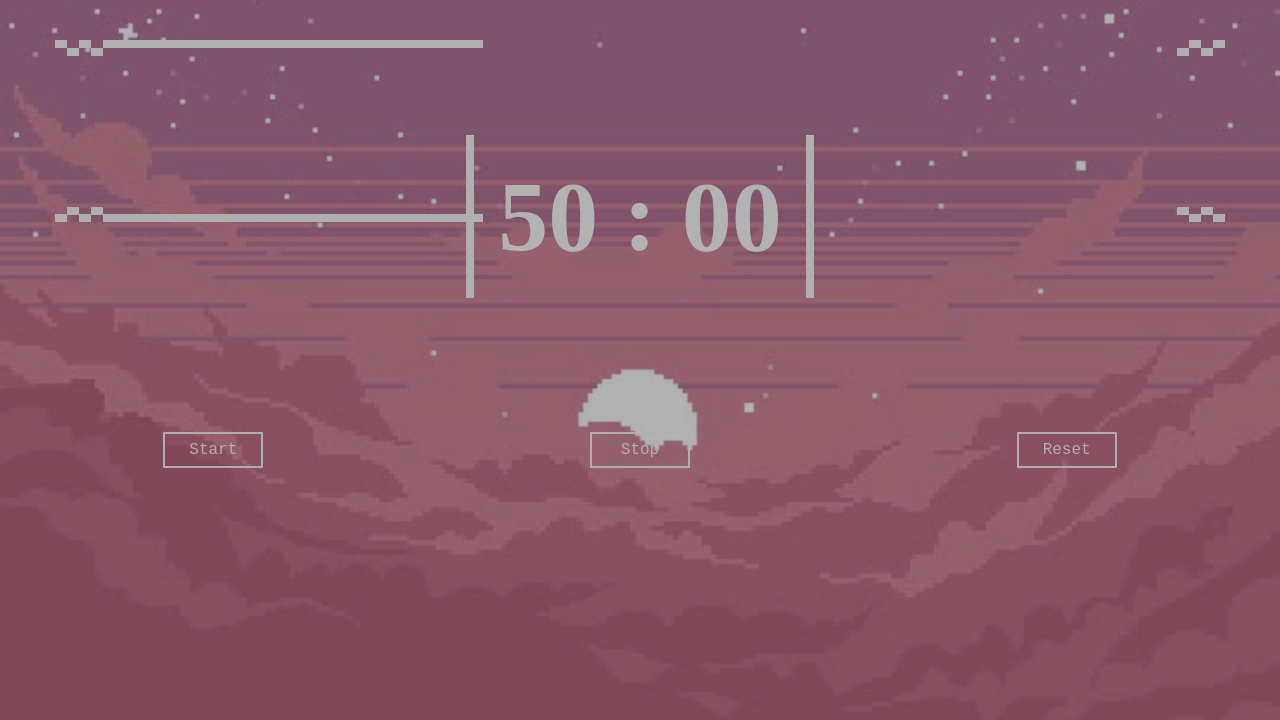
Repository: niharikapatil2306/Study-Timer
Page: index.html
An editor plug-in stored every save of this project. The page is shown before and after the next save, followed by the edit.
The browser window is 1280 px wide. The pictures show the whole page.
Some web fonts or font styles are not loaded; a fallback is used.

Above is the page before, as saved 2025-02-18 18:24:39.

### index.html
<!DOCTYPE html>
<html lang="en">
<head>
    <meta charset="UTF-8">
    <meta name="viewport" content="width=device-width, initial-scale=1.0">
    <title>Study Timer</title>
    <link href="https://fonts.googleapis.com/css2?family=Doto:wght@100..900&family=Pixelify+Sans:wght@400..700&display=swap" rel="stylesheet">

    <link rel="stylesheet" href="style.css" />
</head>
<body style="background-color: black;">
    <div class="container">

        <div class="timer">
            <div class="pixel">
                <div class="square1"></div>
                <div class="square13"></div>
                <div class="square2"></div>
                <div class="square14"></div>
                <div class="square3"></div>
                <div class="line1"></div>
            </div>
            <div class="pixel">
                <div class="square4"></div>
                <div class="square15"></div>
                <div class="square5"></div>
                <div class="square16"></div>
                <div class="square6"></div>
            </div>

            <div class="pixel">
                <div class="square7"></div>
                <div class="square17"></div>
                <div class="square8"></div>
                <div class="square18"></div>
                <div class="square9"></div>
                <div class="line2"></div>
            </div>
            <div class="pixel">
                <div class="square10"></div>
                <div class="square19"></div>
                <div class="square11"></div>
                <div class="square20"></div>
                <div class="square12"></div>
            </div>

            <div class="box">
                <span id="min">
                    50
                </span>
                :
                <span id="sec">
                    00
                </span>
            </div>
        </div>
        <div class="button_container">
            <button id="start">
                Start
            </button>
            <button id="stop">
                Stop
            </button>
            <button id="reset">
                Reset
            </button>
        </div>
    </div>
    <script src="./clock.js"></script>
</body>
</html>

### style.css
body {

    padding: 0;
    margin: 0;

}

.container{
    margin: 0;
    padding: 0;
    background: url("./img/bg.jpeg") no-repeat center center fixed;
    background-size: cover;
    height: 100vh;
    opacity: 0.7;
}

.box{
    border-left: 8px solid #FDFBFC;
    border-right: 8px solid #FDFBFC;
    padding: 24px;
}

.square1{
    position: fixed;
    height: 8px;
    width: 12px;
    left: 47px;
    top: 72px;
    background-color: transparent;
}

.square2{
    position: fixed;
    height: 8px;
    width: 12px;
    left: 55px;
    top: 40px;
    background-color: #FDFBFC;
}

.square3{
    position: fixed;
    height: 8px;
    width: 12px;
    left: 79px;
    top: 40px;
    background-color: #FDFBFC;
}

.line1{
    position: fixed;
    height: 8px;
    width: 380px;
    left: 103px;
    top: 40px;
    background-color: #FDFBFC;
}

.square4{
    position: fixed;
    height: 8px;
    width: 12px;
    right: 79px;
    top: 40px;
    background-color: #FDFBFC;
}

.square5{
    position: fixed;
    height: 8px;
    width: 12px;
    right: 55px;
    top: 40px;
    background-color: #FDFBFC;
}

.square6{
    position: fixed;
    height: 8px;
    width: 12px;
    right: 47px;
    top: 40px;
    background-color: transparent;
}

.square7{
    position: fixed;
    height: 8px;
    width: 12px;
    left: 47px;
    top: 191px;
    background-color: transparent;
}

.square8{
    position: fixed;
    height: 8px;
    width: 12px;
    left: 55px;
    top: 214px;
    background-color: #FDFBFC;
}

.square9{
    position: fixed;
    height: 8px;
    width: 12px;
    left: 79px;
    top: 214px;
    background-color: #FDFBFC;
}

.line2{
    position: fixed;
    height: 8px;
    width: 380px;
    left: 103px;
    top: 214px;
    background-color: #FDFBFC;
}

.square10{
    position: fixed;
    height: 8px;
    width: 12px;
    right: 79px;
    top: 214px;
    background-color: #FDFBFC;
}

.square11{
    position: fixed;
    height: 8px;
    width: 12px;
    right: 55px;
    top: 214px;
    background-color: #FDFBFC;
}

.square12{
    position: fixed;
    height: 8px;
    width: 12px;
    right: 47px;
    top: 208px;
    background-color: transparent;
}

.square13{
    position: fixed;
    height: 8px;
    width: 12px;
    left: 67px;
    top: 48px;
    background-color: #FDFBFC;
}

.square14{
    position: fixed;
    height: 8px;
    width: 12px;
    left: 91px;
    top: 48px;
    background-color: #FDFBFC;
}

.square15{
    position: fixed;
    height: 8px;
    width: 12px;
    right: 67px;
    top: 48px;
    background-color: #FDFBFC;
}

.square16{
    position: fixed;
    height: 8px;
    width: 12px;
    right: 91px;
    top: 48px;
    background-color: #FDFBFC;
}

.square17{
    position: fixed;
    height: 8px;
    width: 12px;
    right: 91px;
    top: 207px;
    background-color: #FDFBFC;
}

.square18{
    position: fixed;
    height: 8px;
    width: 12px;
    right: 67px;
    top: 207px;
    background-color: #FDFBFC;
}

.square19{
    position: fixed;
    height: 8px;
    width: 12px;
    left: 67px;
    top: 207px;
    background-color: #FDFBFC;
}

.square20{
    position: fixed;
    height: 8px;
    width: 12px;
    left: 91px;
    top: 207px;
    background-color: #FDFBFC;
}

.timer{
    font-family: "Doto", serif;
    height: 60vh;
    font-size: 100px;
    color: white;
    display: flex;
    align-items: center;
    justify-content: center;
    font-weight: 900;
    font-variation-settings: "ROND" 0;
}

.button_container{
    display: flex;
    align-items: center;
    justify-content: space-around;
}

button{
    font-family: 'Press Start 2P', monospace;
    border: 2px solid #FDFBFC;
    height: 36px;
    width: 100px;
    background-color: transparent;
    font-size: 16px;
    color: #FDFBFC;
}

/* .start{

} */

### clock.js
let timer;
let timeLeft = 50*60 // 50 minutes
const min = document.getElementById("min");
const sec = document.getElementById("sec");
const startBtn = document.getElementById("start");
const resetBtn = document.getElementById("reset");
const stopBtn = document.getElementById("stop");

function updateDisplay(){
    let minutes = Math.floor(timeLeft/60);
    let seconds = timeLeft%60;
    min.textContent = minutes.toString().padStart(2, "0");
    sec.textContent = seconds.toString().padStart(2, "0");
}

startBtn.addEventListener("click", () => {
    if(!timer){
        timer = setInterval(() => {
            if(timeLeft>0){
                timeLeft--;
                updateDisplay();
            }
            else{
                clearInterval(timer);
                timer = null;
                alert("Take a break!!")
            }
        }, 1000);
    }
});

resetBtn.addEventListener("click", () => {
    clearInterval(timer);
    timer = null;
    timeLeft = 50*60;
    updateDisplay();
});

stopBtn.addEventListener("click", () =>{
    clearInterval(timer);
    timer = null;
})

After the next save:
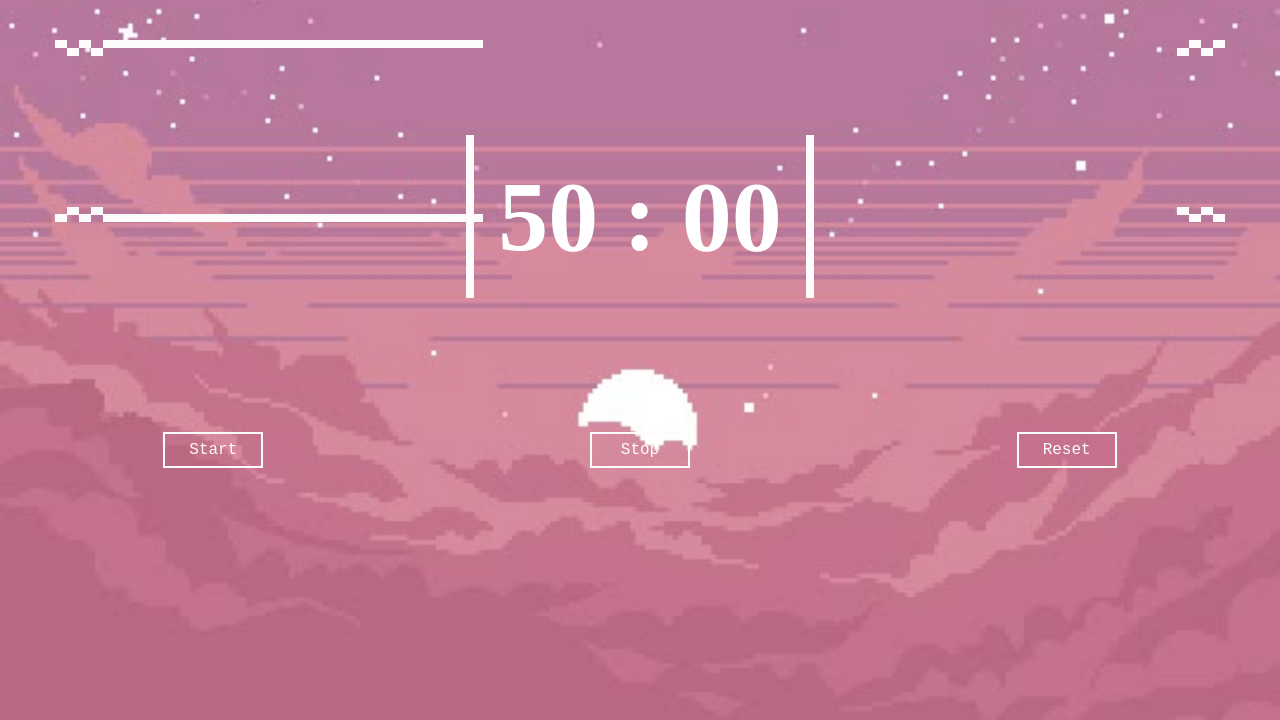
Saved 39 s later.
--- a/style.css
+++ b/style.css
@@ -1,17 +1,12 @@
 body {
-
-    padding: 0;
-    margin: 0;
-
-}
-
-.container{
     margin: 0;
     padding: 0;
     background: url("./img/bg.jpeg") no-repeat center center fixed;
     background-size: cover;
+}
+
+.container{
     height: 100vh;
-    opacity: 0.7;
 }
 
 .box{
